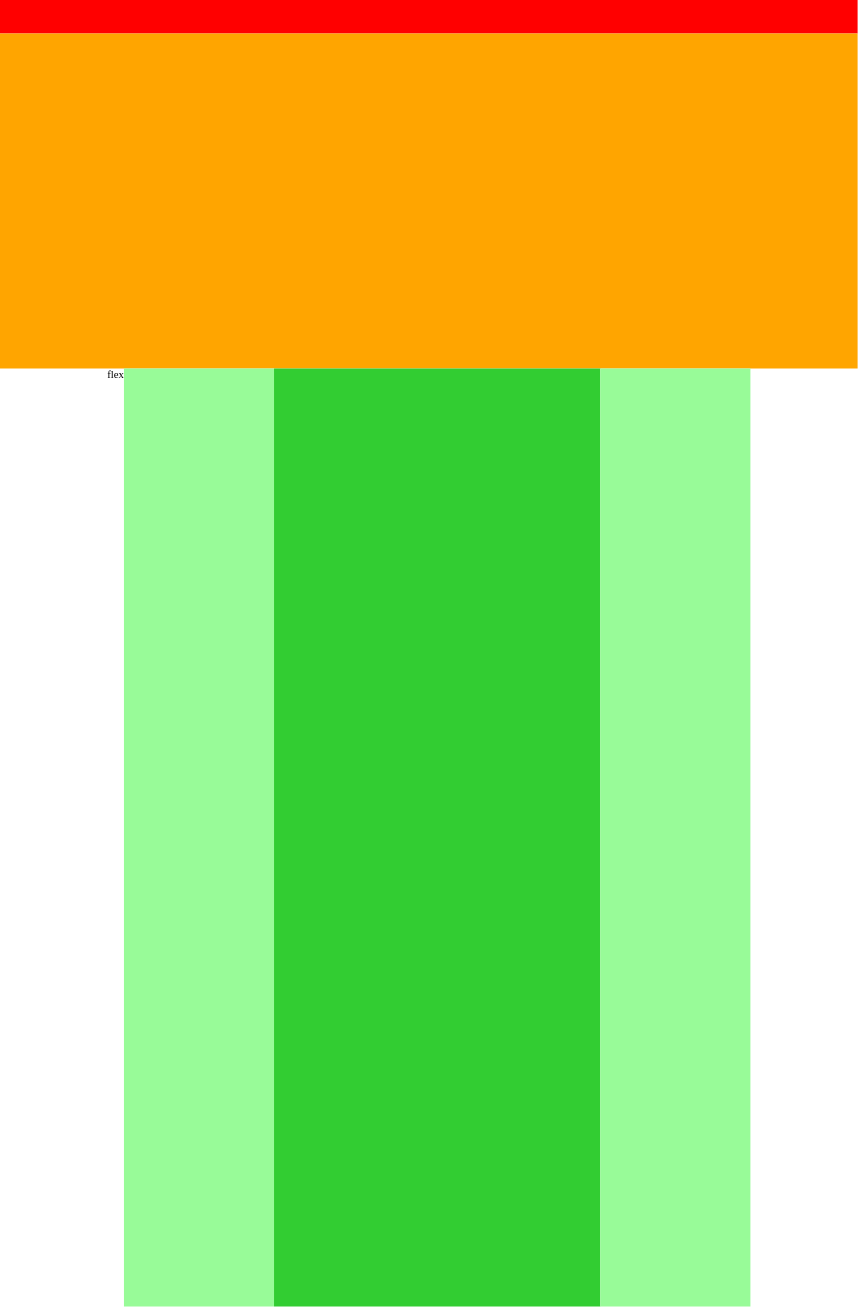
Repository: RAM-OK/git-practice
Page: chapter4/index.html
The author's editor kept a record of every edit. The page is drawn from the files as they stood at one moment, then again after the next edit.
The browser window is 1280 px wide. The pictures show the whole page, at 67% of full size.

Above is the page before.

### chapter4/index.html
<!DOCTYPE html>
<html lang="ja">
  <head>
    <meta charset="UTF-8" />
    <title>GOOD TIME</title>
    <link rel="stylesheet" href="style.css">
  </head>

   <body>
     <div class="header"></div>
     <div class="main-visual"></div>
     <div class="main">flex
       <div class="sidebar-left"></div>
       <div class="blog"></div>
       <div class="sidebar-right"></div>
    </div>

  </body>
</html>

### chapter4/style.css
* {
  margin: 0;
  padding: 0;
  box-sizing: border-box;
}

.main-visual {
  width: 100%;
  height: 500px;
  background-color: orange;
}

.header {
  width: 100%;
  height: 50px;
  background-color: red;
}

.main {
  width: 960px;
  margin: 0 auto;
  display: flex;
  justify-content: center;
}

.sidebar-left {
  width: 230px;
  height: 1400px;
  background-color: palegreen;
}

.blog {
  width: 500px;
  height: 1400px;
  background-color: limegreen;
}

.sidebar-right {
  width: 230px;
  height: 1400px;
  background-color: palegreen;
}

.footer {
  width: 100%;
  height: 100px;
  background-color: blue;
}

After the next edit:
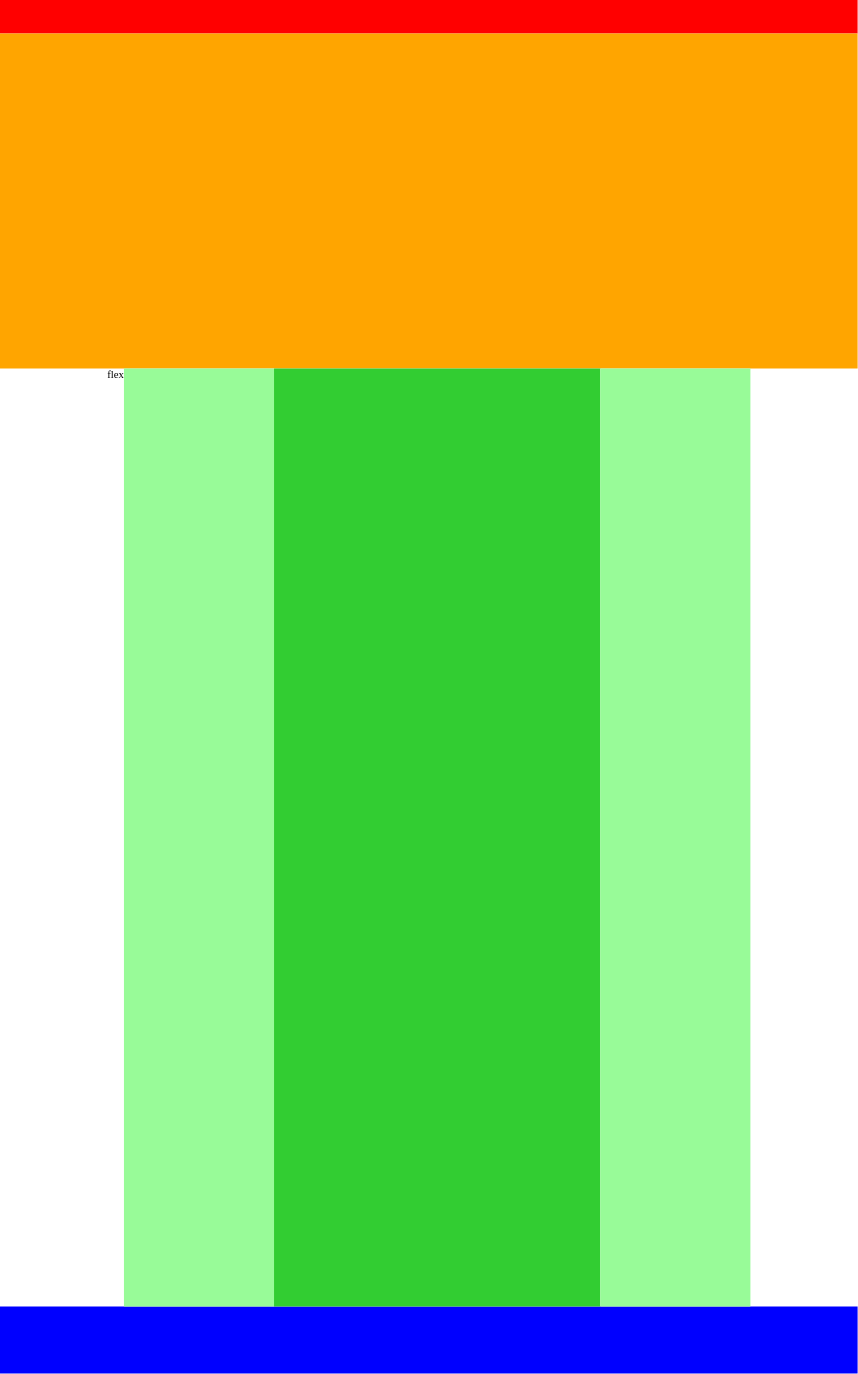
The edit:
--- a/chapter4/index.html
+++ b/chapter4/index.html
@@ -14,6 +14,6 @@
        <div class="blog"></div>
        <div class="sidebar-right"></div>
     </div>
-
+   <div class="footer"></div>
   </body>
 </html>
